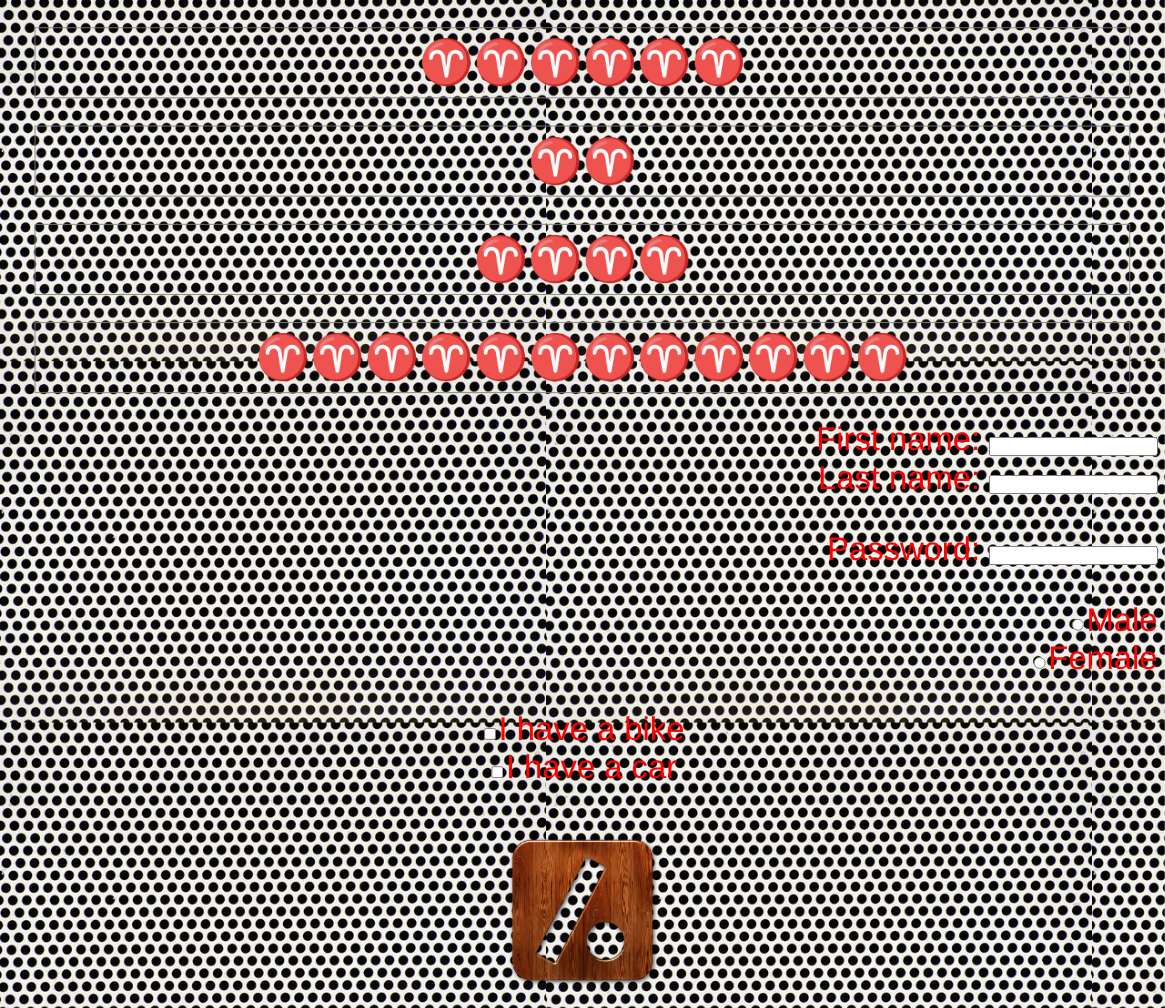
Repository: jangj879/jangj879.github.io
Page: 4_page.html
The author's editor kept a record of every edit. The page is drawn from the files as they stood at one moment, then again after the next edit.
The browser window is 1280 px wide. The pictures show the whole page, at 91% of full size.

Above is the page before.

After the next edit:
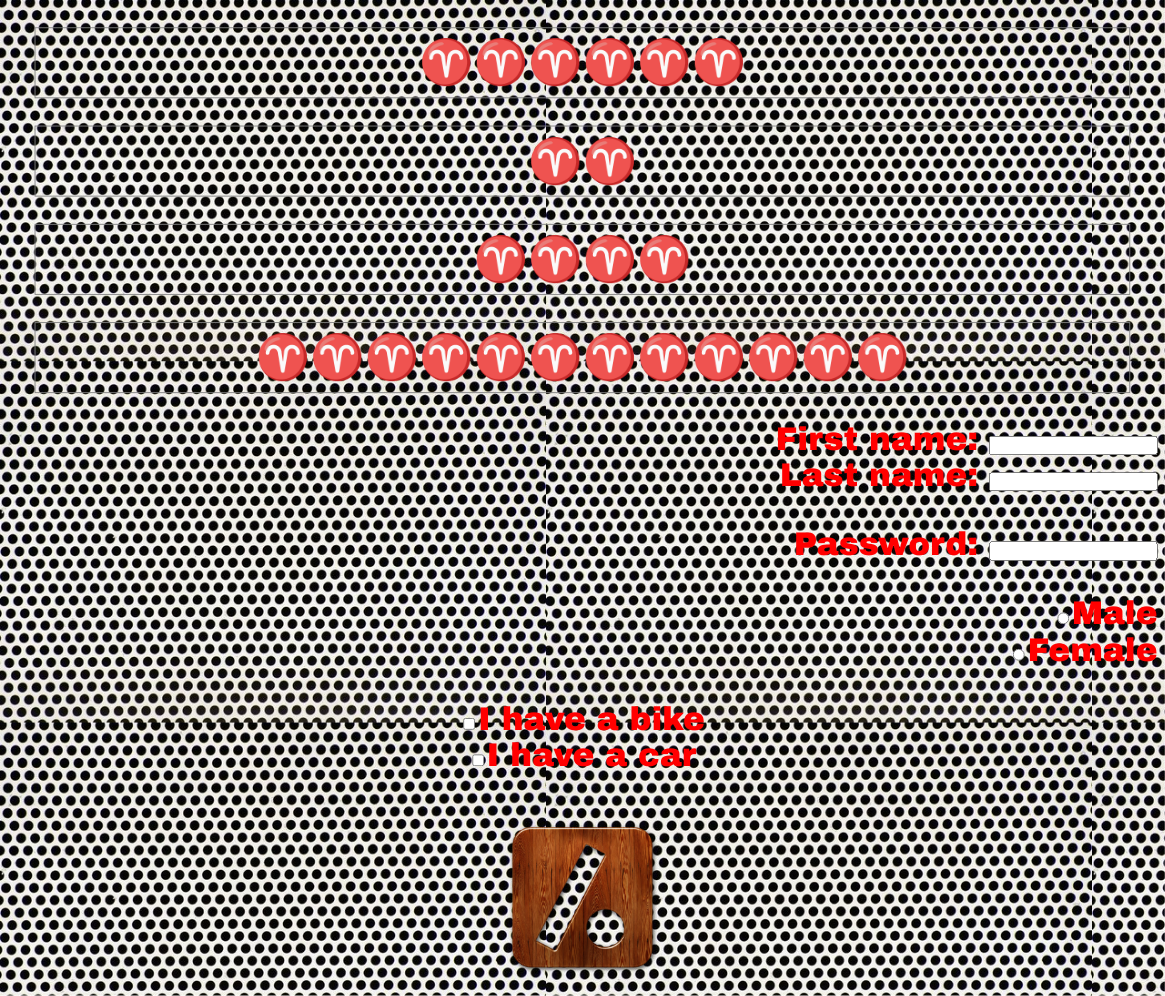
The edit:
--- a/style4.css
+++ b/style4.css
@@ -2,7 +2,7 @@
     background-image: dotdot;
     color: red;
     font-size: 36px;
-    font-family: Helvetica, Arial, sans-serif;
+    font-family: Arial Black;
     text-align: center;
 }
 body  {
